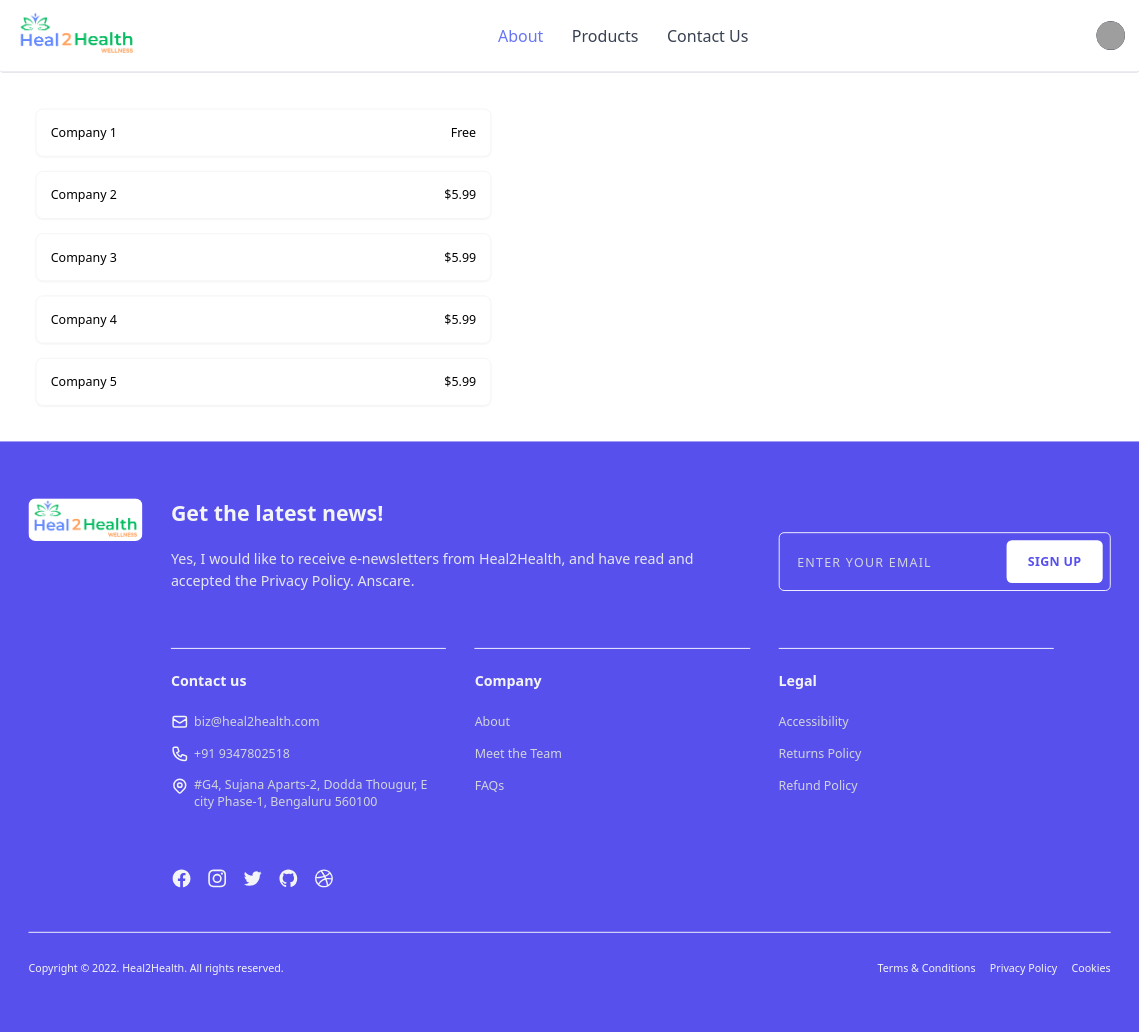
Repository: Akash123-coder/H2H
Page: /SignUp (app in Frontend/)
An editor plug-in stored every save of this project. The page is shown before and after the next save, followed by the edit.
The browser window is 1280 px wide. The pictures show the whole page, at 89% of full size.
Pictures or frames that could not be fetched are drawn as grey boxes. The project was rebuilt for these pictures with package versions that can differ from the ones it lists, and the page was loaded fresh each time. Also part of the build but not shown: Frontend/vite.config.ts, Frontend/src/pages/About.tsx, Frontend/src/components/Cta.jsx, Frontend/src/pages/Home.tsx, Frontend/src/components/Buttonsm.tsx, Frontend/src/components/Buttonrm.tsx, Frontend/src/components/Product.tsx, Frontend/src/pages/Prescription.jsx and 2 more.

Above is the page before, as saved 2022-09-27 17:17:55.

After the next save:
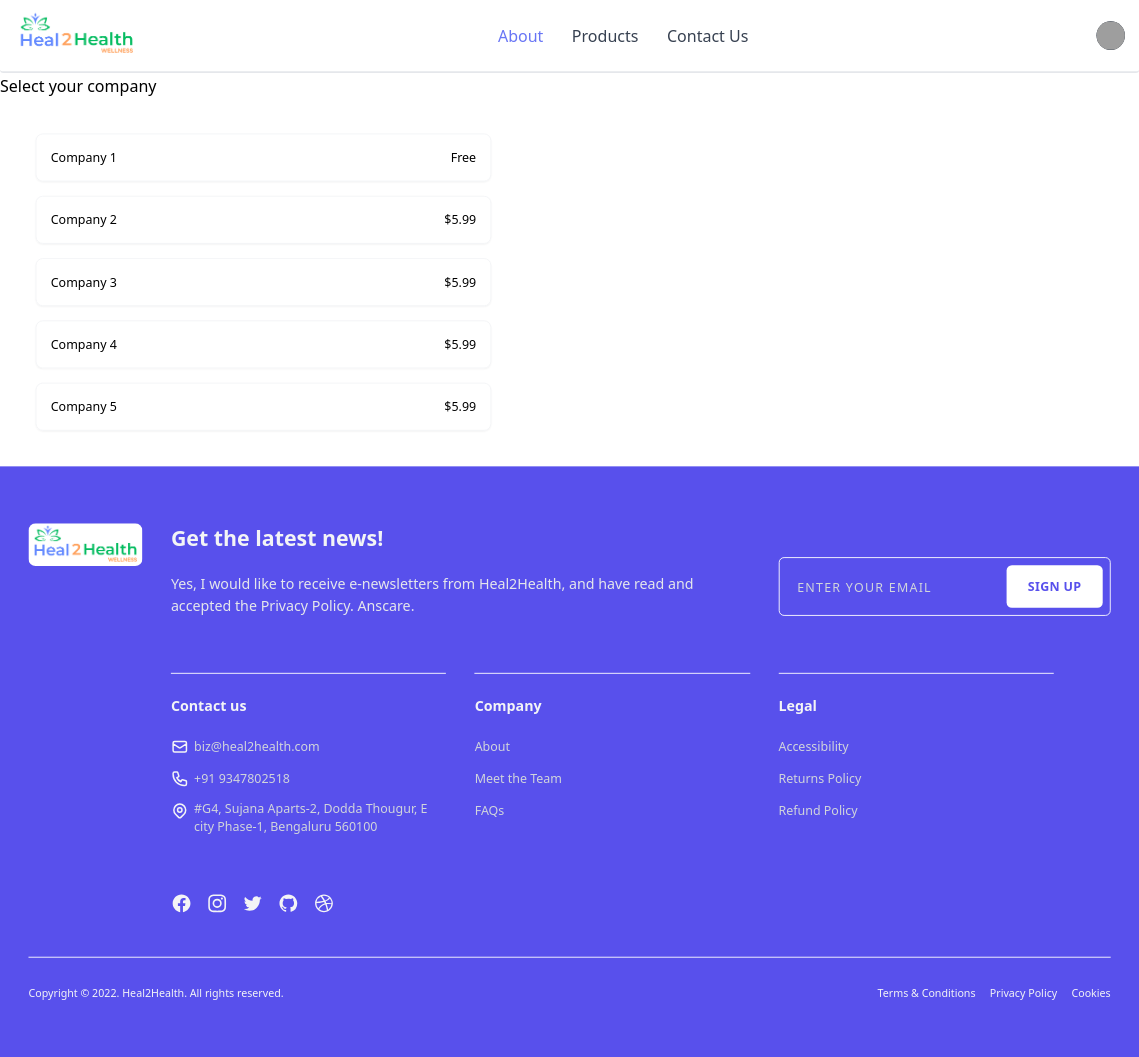
Saved 50 s later.
--- a/Frontend/src/pages/CompanyNameSelect.jsx
+++ b/Frontend/src/pages/CompanyNameSelect.jsx
@@ -3,6 +3,7 @@
 function CompanyNameSelect() {
   return (
     <div>
+      <div className="text-lg">Select your company</div>
       <div class="m-10 space-y-4 max-w-lg">
         <div>
           <input
